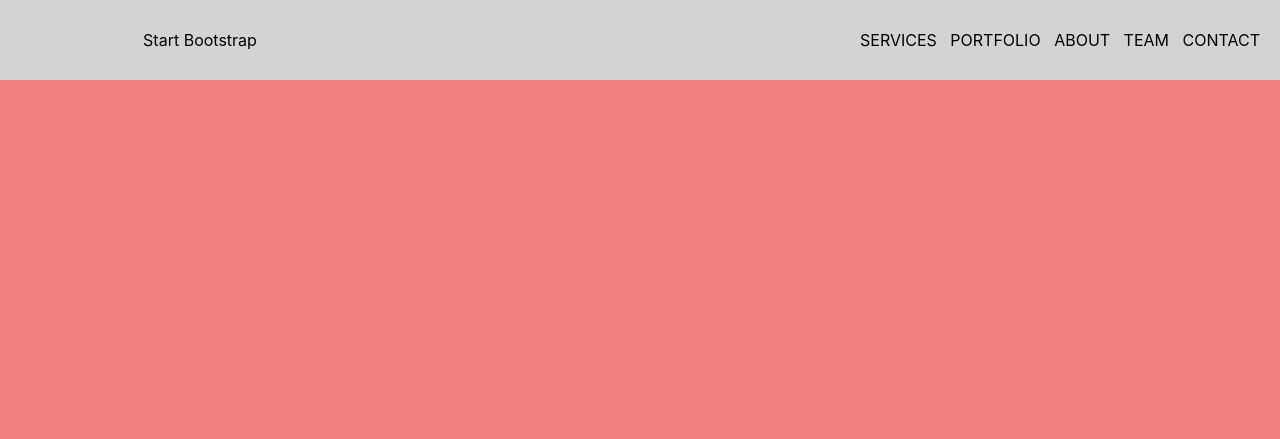
Repository: ooter37/media-queries-afternoon
Page: / (app in portfolio-clone/)
An editor plug-in stored every save of this project. The page is shown before and after the next save, followed by the edit.
The browser window is 1280 px wide. The pictures show the whole page.
The project was rebuilt for these pictures with package versions that can differ from the ones it lists, and the page was loaded fresh each time.

Above is the page before, as saved 2020-04-13 13:51:05.

After the next save:
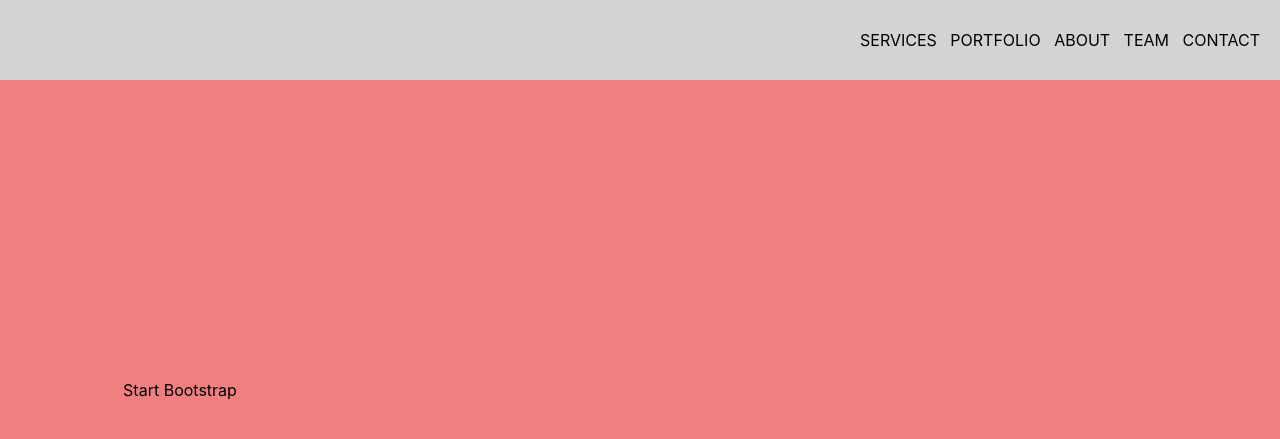
Saved 39 s later.
--- a/portfolio-clone/src/App.css
+++ b/portfolio-clone/src/App.css
@@ -15,6 +15,9 @@ body {
   width: 100%;
   display: flex;
   align-items: center;
+  position: fixed;
+  top: 30px;
+  right: 20px;
 }
 
 .buttons {
